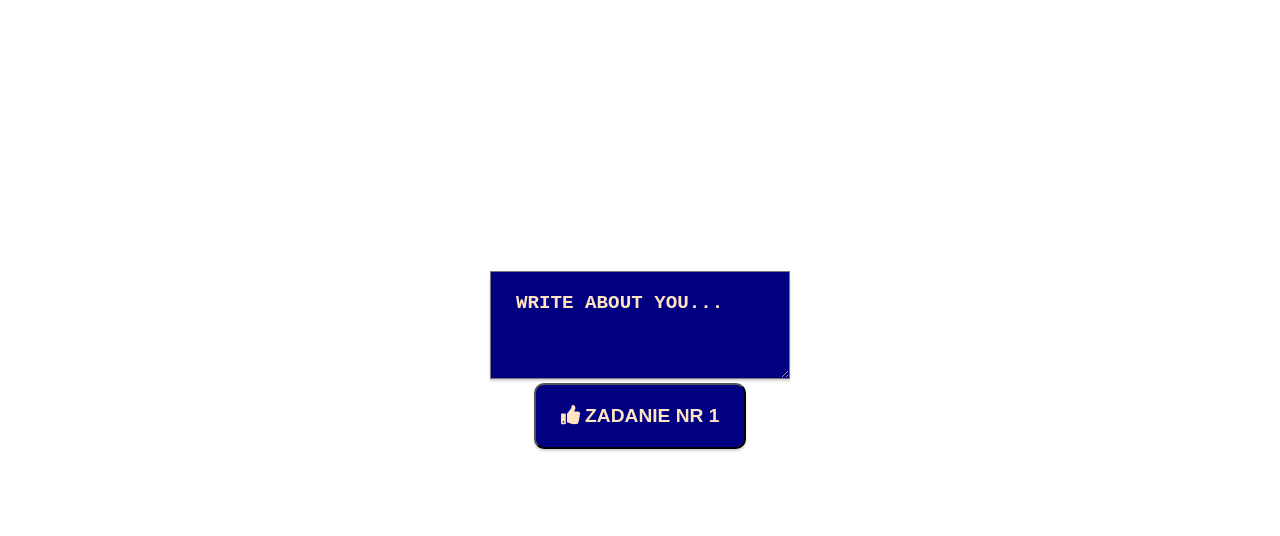
Repository: KrzysKolo/sr_tydzien3_zad_1_2_3
Page: /
An editor plug-in stored every save of this project. The page is shown before and after the next save, followed by the edit.
The browser window is 1280 px wide. The pictures show the whole page.
The project was rebuilt for these pictures with package versions that can differ from the ones it lists, and the page was loaded fresh each time.

Above is the page before, as saved 2020-11-02 16:38:47.

After the next save:
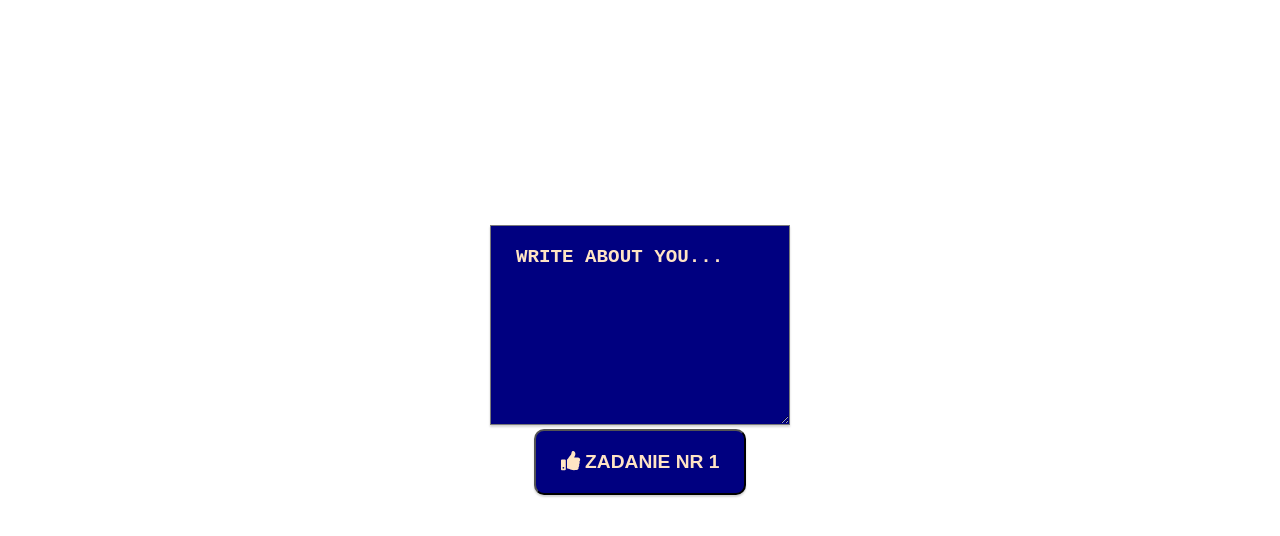
Saved 10 s later.
--- a/src/components/Form/Textarea.js
+++ b/src/components/Form/Textarea.js
@@ -13,7 +13,7 @@ const Textarea = ({value, color, bgColor, borderSize, borderRadius, borderColor}
     cursor: pointer;
     font-weight: bold;
     font-size: 1.2rem;
-    height: 15vh;
+    height: 200px;
     outline: 0;
     padding: 20px 25px;
     text-transform: uppercase;
